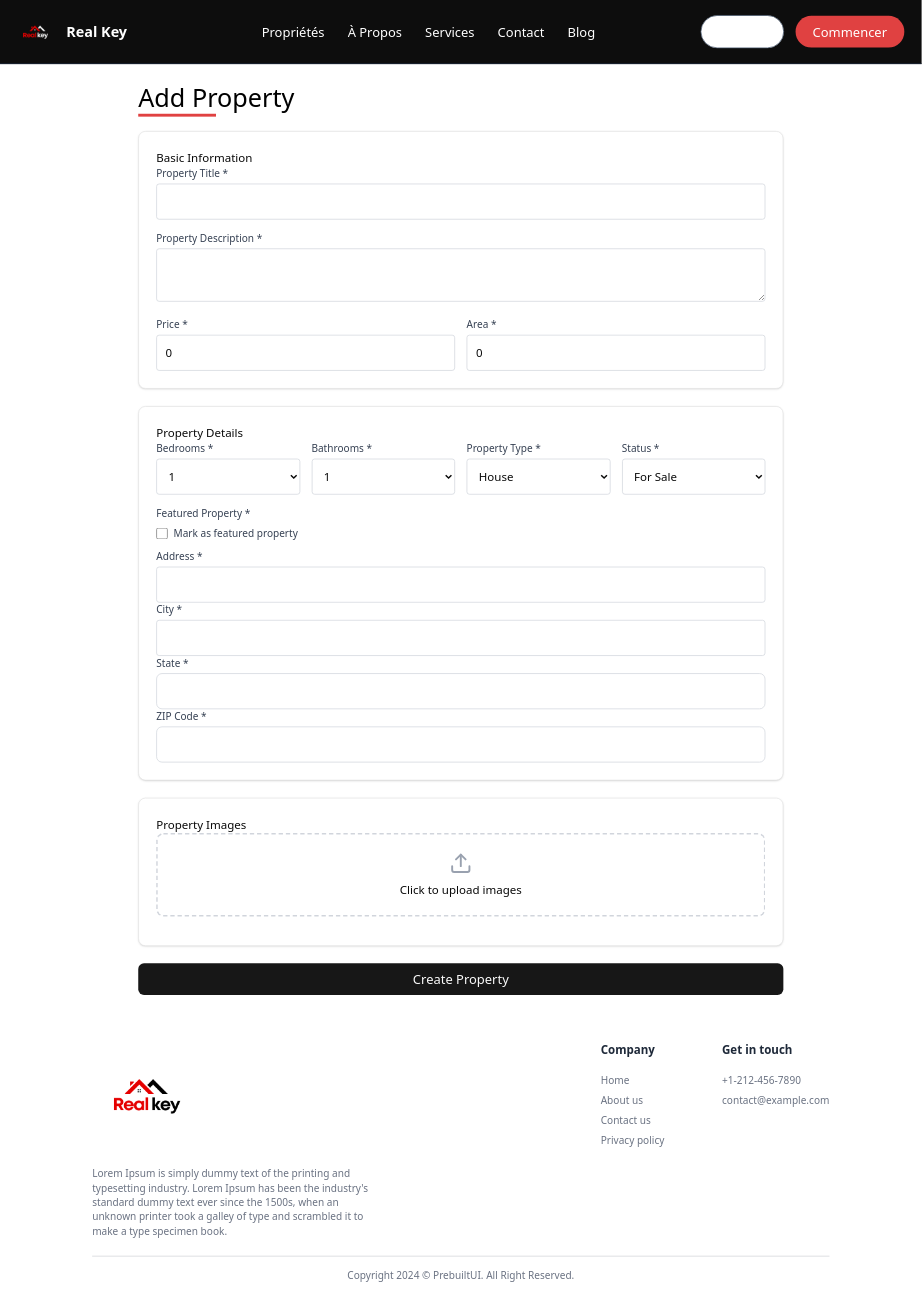
Repository: lamatmed/Real-Key
Page: /properties/new
The author's editor kept a copy of each file at every save. The page is drawn from the files as they stood at one save, then again after the next save.
The browser window is 1280 px wide. The pictures show the whole page, at 72% of full size.
The page's requests for data from a server got no answer. The project was rebuilt for these pictures with package versions that can differ from the ones it lists, and the page was loaded fresh each time. Some packages were replaced by stand-ins written for this rebuild. The framework's server and built-in components were replaced by stand-ins that run in the browser. No one was signed in, and anything a server would have sent is missing. Also part of the build but not shown: next.config.ts.

Above is the page before, as saved 2025-09-28 15:05:45.

### app/layout.tsx
import type { Metadata } from "next";
import { Geist, Geist_Mono } from "next/font/google";
import './globals.css'
import { ClerkProvider } from "@clerk/nextjs";
import { ConvexClientProvider } from "./ConvexClientProvider";
import Navbar from "./_components/Navbar";
import ConnectUserToConvext from "./ConnectUserToConvext";
import Footer from "./_components/Footer";

const geistSans = Geist({
  variable: "--font-geist-sans",
  subsets: ["latin"],
});

const geistMono = Geist_Mono({
  variable: "--font-geist-mono",
  subsets: ["latin"],
});

export const metadata: Metadata = {
  title: "Real Key",
  description: "Full Real Estate website",
};

export default function RootLayout({
  children,
}: Readonly<{
  children: React.ReactNode;
}>) {
  return (
    <ConvexClientProvider>
     <ClerkProvider>
    <html lang="en">
      <body
        className={`${geistSans.variable} ${geistMono.variable} antialiased`}
      >

        <Navbar/>
       <ConnectUserToConvext/>
        {children}
        <Footer/>

      </body>
    </html>
    </ClerkProvider>
    </ConvexClientProvider>
  );
}

### app/properties/new/page.tsx
import PropertyForm from '@/app/_components/PropertyForm'
import React from 'react'

function NewPropertyPage() {
  return (
    <div className='max-w-4xl mx-auto'>

        <div className='mb-8'>
            <h2 className='my-5' >Add Property</h2>

            <PropertyForm/>
        </div>
    </div>
  )
}

export default NewPropertyPage

### app/globals.css
@import "tailwindcss";
@import "tw-animate-css";

@custom-variant dark (&:is(.dark *));

@theme inline {
  --color-background: var(--background);
  --color-foreground: var(--foreground);
  --font-sans: var(--font-geist-sans);
  --font-mono: var(--font-geist-mono);
  --color-sidebar-ring: var(--sidebar-ring);
  --color-sidebar-border: var(--sidebar-border);
  --color-sidebar-accent-foreground: var(--sidebar-accent-foreground);
  --color-sidebar-accent: var(--sidebar-accent);
  --color-sidebar-primary-foreground: var(--sidebar-primary-foreground);
  --color-sidebar-primary: var(--sidebar-primary);
  --color-sidebar-foreground: var(--sidebar-foreground);
  --color-sidebar: var(--sidebar);
  --color-chart-5: var(--chart-5);
  --color-chart-4: var(--chart-4);
  --color-chart-3: var(--chart-3);
  --color-chart-2: var(--chart-2);
  --color-chart-1: var(--chart-1);
  --color-ring: var(--ring);
  --color-input: var(--input);
  --color-border: var(--border);
  --color-destructive: var(--destructive);
  --color-accent-foreground: var(--accent-foreground);
  --color-accent: var(--accent);
  --color-muted-foreground: var(--muted-foreground);
  --color-muted: var(--muted);
  --color-secondary-foreground: var(--secondary-foreground);
  --color-secondary: var(--secondary);
  --color-primary-foreground: var(--primary-foreground);
  --color-primary: var(--primary);
  --color-popover-foreground: var(--popover-foreground);
  --color-popover: var(--popover);
  --color-card-foreground: var(--card-foreground);
  --color-card: var(--card);
  --radius-sm: calc(var(--radius) - 4px);
  --radius-md: calc(var(--radius) - 2px);
  --radius-lg: var(--radius);
  --radius-xl: calc(var(--radius) + 4px);
}

h2{
  position: relative;
  display: inline-block;
  color: black;
  font-size: 35px;

}

h2::before{
  position: absolute;
  content: "";
  width: 50%;
  height: 4px;
  background-color: #e04141;
  bottom: 0;
  left: 0;
}

:root {
  --radius: 0.625rem;
  --background: oklch(1 0 0);
  --foreground: oklch(0.145 0 0);
  --card: oklch(1 0 0);
  --card-foreground: oklch(0.145 0 0);
  --popover: oklch(1 0 0);
  --popover-foreground: oklch(0.145 0 0);
  --primary: oklch(0.205 0 0);
  --primary-foreground: oklch(0.985 0 0);
  --secondary: oklch(0.97 0 0);
  --secondary-foreground: oklch(0.205 0 0);
  --muted: oklch(0.97 0 0);
  --muted-foreground: oklch(0.556 0 0);
  --accent: oklch(0.97 0 0);
  --accent-foreground: oklch(0.205 0 0);
  --destructive: oklch(0.577 0.245 27.325);
  --border: oklch(0.922 0 0);
  --input: oklch(0.922 0 0);
  --ring: oklch(0.708 0 0);
  --chart-1: oklch(0.646 0.222 41.116);
  --chart-2: oklch(0.6 0.118 184.704);
  --chart-3: oklch(0.398 0.07 227.392);
  --chart-4: oklch(0.828 0.189 84.429);
  --chart-5: oklch(0.769 0.188 70.08);
  --sidebar: oklch(0.985 0 0);
  --sidebar-foreground: oklch(0.145 0 0);
  --sidebar-primary: oklch(0.205 0 0);
  --sidebar-primary-foreground: oklch(0.985 0 0);
  --sidebar-accent: oklch(0.97 0 0);
  --sidebar-accent-foreground: oklch(0.205 0 0);
  --sidebar-border: oklch(0.922 0 0);
  --sidebar-ring: oklch(0.708 0 0);
}

.dark {
  --background: oklch(0.145 0 0);
  --foreground: oklch(0.985 0 0);
  --card: oklch(0.205 0 0);
  --card-foreground: oklch(0.985 0 0);
  --popover: oklch(0.205 0 0);
  --popover-foreground: oklch(0.985 0 0);
  --primary: oklch(0.922 0 0);
  --primary-foreground: oklch(0.205 0 0);
  --secondary: oklch(0.269 0 0);
  --secondary-foreground: oklch(0.985 0 0);
  --muted: oklch(0.269 0 0);
  --muted-foreground: oklch(0.708 0 0);
  --accent: oklch(0.269 0 0);
  --accent-foreground: oklch(0.985 0 0);
  --destructive: oklch(0.704 0.191 22.216);
  --border: oklch(1 0 0 / 10%);
  --input: oklch(1 0 0 / 15%);
  --ring: oklch(0.556 0 0);
  --chart-1: oklch(0.488 0.243 264.376);
  --chart-2: oklch(0.696 0.17 162.48);
  --chart-3: oklch(0.769 0.188 70.08);
  --chart-4: oklch(0.627 0.265 303.9);
  --chart-5: oklch(0.645 0.246 16.439);
  --sidebar: oklch(0.205 0 0);
  --sidebar-foreground: oklch(0.985 0 0);
  --sidebar-primary: oklch(0.488 0.243 264.376);
  --sidebar-primary-foreground: oklch(0.985 0 0);
  --sidebar-accent: oklch(0.269 0 0);
  --sidebar-accent-foreground: oklch(0.985 0 0);
  --sidebar-border: oklch(1 0 0 / 10%);
  --sidebar-ring: oklch(0.556 0 0);
}

@layer base {
  * {
    @apply border-border outline-ring/50;
  }
  body {
    @apply bg-background text-foreground;
  }
}

### app/ConvexClientProvider.tsx
"use client";

import { ConvexProvider, ConvexReactClient } from "convex/react";
import { ReactNode } from "react";

// جلب العنوان من الـ environment variable
const address = process.env.NEXT_PUBLIC_CONVEX_URL;

// حماية إضافية لو المتغير مش موجود
if (!address) {
  throw new Error(
    "❌ NEXT_PUBLIC_CONVEX_URL is not defined. تأكد من إضافة المتغير داخل Vercel Environment Variables."
  );
}

// إنشاء عميل Convex
const convex = new ConvexReactClient(address);

export function ConvexClientProvider({ children }: { children: ReactNode }) {
  return <ConvexProvider client={convex}>{children}</ConvexProvider>;
}

### app/_components/Navbar.tsx
"use client"
import { Button } from '@/components/ui/button'
import { SignInButton, UserButton, useUser } from '@clerk/nextjs'
import Image from 'next/image'
import Link from 'next/link'
import React, { useState } from 'react'

function Navbar() {
    const { user } = useUser()
    const [isMobileMenuOpen, setIsMobileMenuOpen] = useState(false)

    const toggleMobileMenu = () => {
        setIsMobileMenuOpen(!isMobileMenuOpen)
    }

    const navLinks = [
        { href: "/properties", label: "Propriétés" },
        { href: "/about", label: "À Propos" },
        { href: "/services", label: "Services" },
         { href: "/contact", label: "Contact" },
        { href: "/blog", label: "Blog" }
    ]

    return (
        <nav className="flex bg-black/95 backdrop-blur-sm justify-between items-center border-b border-slate-800 px-6 py-4 w-full text-white text-lg sticky top-0 z-50">
            {/* Logo */}
            <Link href="/" className="flex items-center">
                <Image
                    alt='Logo Real Key'
                    width={60}
                    height={60}
                    className="w-12 h-12 md:w-14 md:h-14 object-contain hover:scale-105 transition-transform duration-300"
                    src="/logo.png"
                />
                <span className="ml-3 text-xl font-bold text-white hidden sm:block">Real Key</span>
            </Link>

            {/* Navigation Desktop */}
            <div className="hidden md:flex items-center gap-8 ml-10">
                {navLinks.map((link) => (
                    <Link
                        key={link.href}
                        href={link.href}
                        className="relative overflow-hidden group font-medium"
                    >
                        <span className="block group-hover:-translate-y-full transition-transform duration-300 py-2">
                            {link.label}
                        </span>
                        <span className="block absolute top-full left-0 text-[#e04141] group-hover:translate-y-[-100%] transition-transform duration-300 py-2">
                            {link.label}
                        </span>
                    </Link>
                ))}
            </div>

            {/* CTA Desktop */}
            <div className="hidden md:flex items-center gap-4">
                <Button
                    variant="outline"
                    className="border-slate-600 hover:bg-white hover:border-slate-500 text-white px-6 py-2 rounded-full font-medium transition-all duration-300"
                >
                    Contact
                </Button>

                {!user ? (
                    <SignInButton>
                        <Button className="bg-[#e04141] hover:bg-[#c03939] text-white px-6 py-2 rounded-full font-medium transition-all duration-300 shadow-lg hover:shadow-xl hover:shadow-[#e04141]/20">
                            Commencer
                        </Button>
                    </SignInButton>
                ) : (
                    <div className="flex items-center gap-3">
                        <UserButton />
                        <span className="text-sm text-gray-300 hidden lg:block">
                            Bonjour, {user.firstName}
                        </span>
                    </div>
                )}
            </div>

            {/* Menu Mobile Toggle */}
            <button
                id="menuToggle"
                className="md:hidden text-white p-2 hover:bg-slate-800 rounded-lg transition-colors duration-200"
                onClick={toggleMobileMenu}
            >
                <svg
                    className="w-6 h-6"
                    fill="none"
                    stroke="currentColor"
                    strokeWidth={2}
                    viewBox="0 0 24 24"
                    strokeLinecap="round"
                    strokeLinejoin="round"
                >
                    <path d="M4 6h16M4 12h16M4 18h16" />
                </svg>
            </button>

            {/* Menu Mobile */}
            <div className={`absolute top-full left-0 w-full bg-black/95 backdrop-blur-sm border-b border-slate-800 flex-col items-center gap-4 py-6 px-4 transition-all duration-300 ${
                isMobileMenuOpen ? 'flex' : 'hidden'
            }`}>
                {navLinks.map((link) => (
                    <Link
                        key={link.href}
                        href={link.href}
                        className="text-lg font-medium text-white hover:text-[#e04141] transition-colors duration-200 py-2"
                        onClick={() => setIsMobileMenuOpen(false)}
                    >
                        {link.label}
                    </Link>
                ))}

                <div className="flex flex-col gap-3 w-full max-w-xs mt-2">
                    <Button
                        variant="outline"
                        className="border-slate-600 hover:bg-white text-white w-full py-3 rounded-full font-medium transition-all duration-300"
                    >
                        Contact
                    </Button>

                    {!user ? (
                        <SignInButton>
                            <Button className="bg-[#e04141] hover:bg-[#c03939] text-white w-full py-3 rounded-full font-medium transition-all duration-300">
                                Commencer
                            </Button>
                        </SignInButton>
                    ) : (
                        <div className="flex items-center justify-center gap-3">
                            <UserButton />
                            <span className="text-sm text-gray-300">
                                Bonjour, {user.firstName}
                            </span>
                        </div>
                    )}
                </div>
            </div>
        </nav>
    )
}

export default Navbar

### app/ConnectUserToConvext.tsx
"use client"
import { api } from '@/convex/_generated/api'
import { useUser } from '@clerk/nextjs'
import { useMutation } from 'convex/react'
import React, { useEffect } from 'react'

function ConnectUserToConvext() {

    const {user} = useUser()

    const updateUser = useMutation(api.users.updateUser)
    useEffect(()=>{
        if(!user){
            return
        }
        const syncUser= async()=>{
            try {
               await updateUser({
                userId:user.id,
                name:`${user?.firstName ?? "" } ${user?.lastName ?? ""}`,
               email: user.emailAddresses[0]?.emailAddress ?? "",
               })
            } catch (error) {
                 console.error("Error syncing user:", error);
            }
        }
        syncUser()
    },[user,updateUser])

    return null


}

export default ConnectUserToConvext

### app/_components/Footer.tsx
import Image from "next/image";

 function Footer() {
    return (
        <footer className="px-6 md:px-16 lg:px-24 xl:px-32 pt-8 w-full text-gray-500 ">
            <div className="flex flex-col md:flex-row justify-between w-full gap-10 border-b border-gray-500/30 pb-6">
                <div className="md:max-w-96">
            <Image alt="image" src="/logoFooter.png" width={150} height={150}/>
                    <p className="mt-6 text-sm">
                        Lorem Ipsum is simply dummy text of the printing and typesetting industry.
                        Lorem Ipsum has been the industry's standard dummy text ever since the 1500s,
                        when an unknown printer took a galley of type and scrambled it to make a type specimen book.
                    </p>
                </div>
                <div className="flex-1 flex items-start md:justify-end gap-20">
                    <div>
                        <h1 className="font-semibold mb-5 text-gray-800">Company</h1>
                        <ul className="text-sm space-y-2">
                            <li><a href="#">Home</a></li>
                            <li><a href="#">About us</a></li>
                            <li><a href="#">Contact us</a></li>
                            <li><a href="#">Privacy policy</a></li>
                        </ul>
                    </div>
                    <div>
                        <h1 className="font-semibold mb-5 text-gray-800">Get in touch</h1>
                        <div className="text-sm space-y-2">
                            <p>+1-212-456-7890</p>
                            <p>contact@example.com</p>
                        </div>
                    </div>
                </div>
            </div>
            <p className="pt-4 text-center text-xs md:text-sm pb-5">
                Copyright 2024 © <a href="https://prebuiltui.com">PrebuiltUI</a>. All Right Reserved.
            </p>
        </footer>
    );
};
export default Footer

### components/ui/button.tsx
import * as React from "react"
import { Slot } from "@radix-ui/react-slot"
import { cva, type VariantProps } from "class-variance-authority"

import { cn } from "@/lib/utils"

const buttonVariants = cva(
  "inline-flex items-center justify-center gap-2 whitespace-nowrap rounded-md text-lg font-medium transition-all disabled:pointer-events-none disabled:opacity-50 [&_svg]:pointer-events-none [&_svg:not([class*='size-'])]:size-4 shrink-0 [&_svg]:shrink-0 outline-none focus-visible:border-ring focus-visible:ring-ring/50 focus-visible:ring-[3px] aria-invalid:ring-destructive/20 dark:aria-invalid:ring-destructive/40 aria-invalid:border-destructive",
  {
    variants: {
      variant: {
        default: "bg-primary text-primary-foreground hover:bg-primary/90 cursor-pointer",
        destructive:
          "bg-destructive text-white hover:bg-destructive/90 focus-visible:ring-destructive/20 dark:focus-visible:ring-destructive/40 dark:bg-destructive/60",
        outline:
          "border bg-background shadow-xs hover:bg-accent hover:text-accent-foreground dark:bg-input/30 dark:border-input dark:hover:bg-input/50",
        secondary:
          "bg-secondary text-secondary-foreground hover:bg-secondary/80",
        ghost:
          "hover:bg-accent hover:text-accent-foreground dark:hover:bg-accent/50",
        link: "text-primary underline-offset-4 hover:underline",
      },
      size: {
        default: " px-4 py-2 has-[>svg]:px-3",
        sm: "h-8 rounded-md gap-1.5 px-3 has-[>svg]:px-2.5",
        lg: "h-10 rounded-md px-6 has-[>svg]:px-4",
        icon: "size-9",
      },
    },
    defaultVariants: {
      variant: "default",
      size: "default",
    },
  }
)

function Button({
  className,
  variant,
  size,
  asChild = false,
  ...props
}: React.ComponentProps<"button"> &
  VariantProps<typeof buttonVariants> & {
    asChild?: boolean
  }) {
  const Comp = asChild ? Slot : "button"

  return (
    <Comp
      data-slot="button"
      className={cn(buttonVariants({ variant, size, className }))}
      {...props}
    />
  )
}

export { Button, buttonVariants }

Loaded but not shown: convex/_generated/api.js (common file); lib/utils.ts (common file); app/_components/PropertyForm.tsx (364 lines, source omitted)

After the next save:
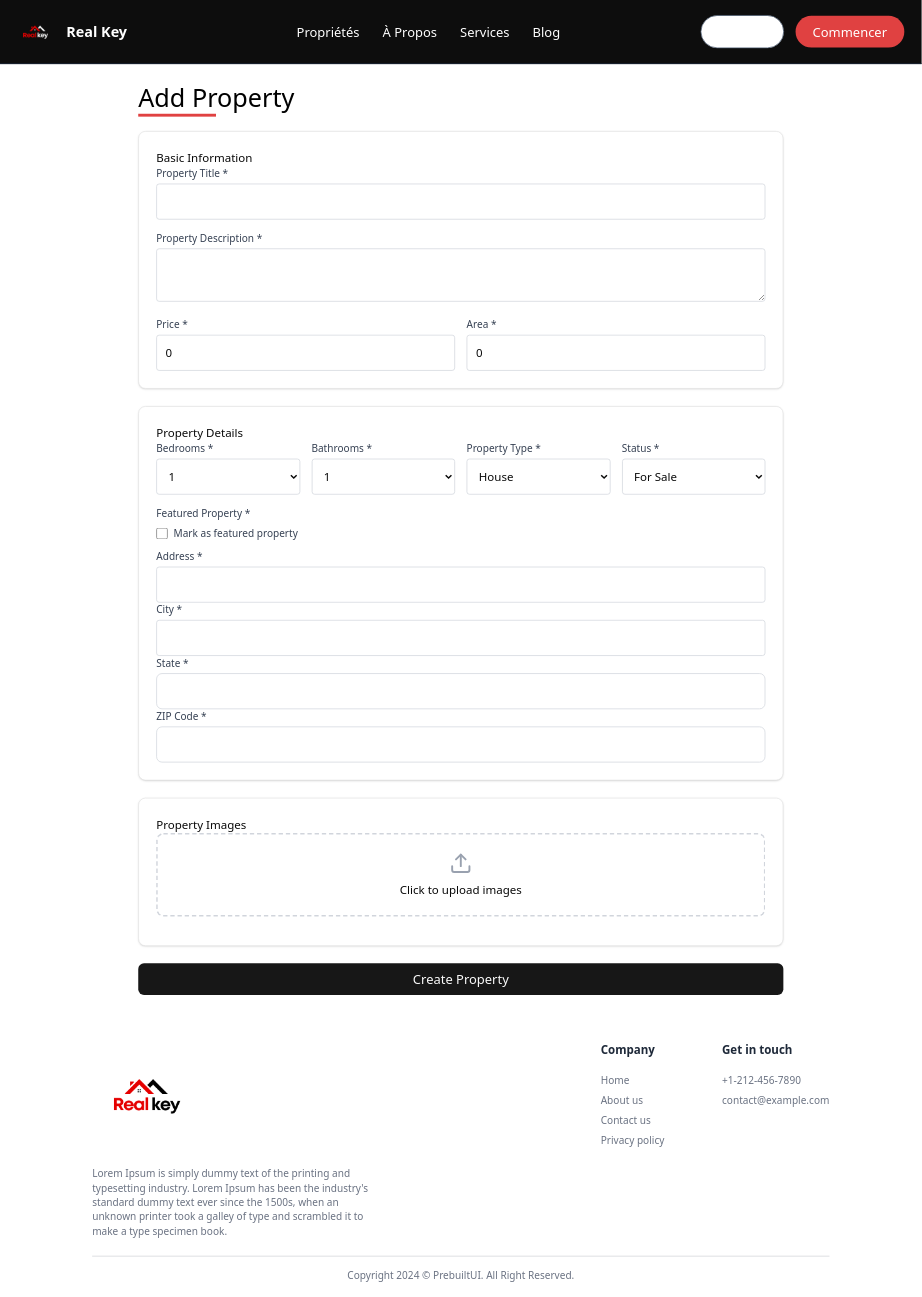
Saved 18 s later.
--- a/app/_components/Navbar.tsx
+++ b/app/_components/Navbar.tsx
@@ -17,7 +17,7 @@ function Navbar() {
         { href: "/properties", label: "Propriétés" },
         { href: "/about", label: "À Propos" },
         { href: "/services", label: "Services" },
-         { href: "/contact", label: "Contact" },
+
         { href: "/blog", label: "Blog" }
     ]
 
